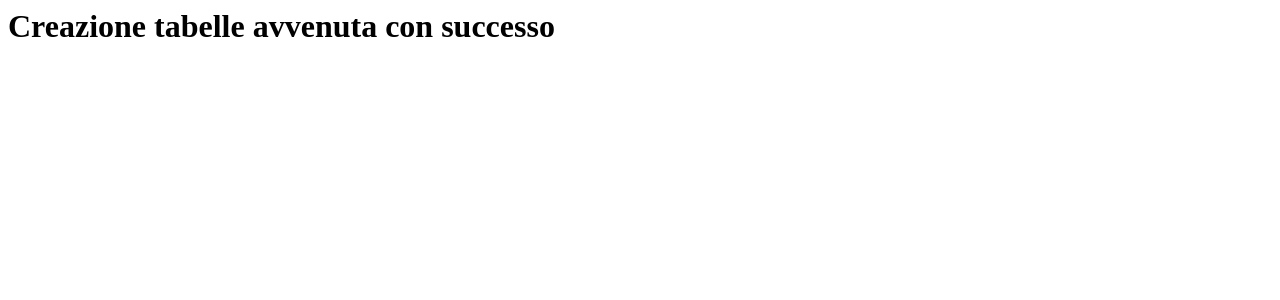
Repository: EmanueleCoradin/IoTMonitoring-CV-19-Patients
Page: http://localhost/init.php
These files come from the project's save history. The page is drawn as it stood at one moment and after the next save; the edit follows.
The browser window is 1280 px wide. The pictures show the whole page.
The page is run by PHP 8.4 with error messages shown; the project is at /var/www/html/.

Above is the page before, as saved 2020-05-11 19:38:13.

### allegati/sitoPHP/php/init.php
<?php
#----------------------------------------------------------------------#
#-------------------INIZIALIZZO CONNESSIONE DATABASE ------------------#
#----------------------------------------------------------------------#

$dbname = "monitoraggioDB";
$username = "root";
$password="";
$host = "localhost";
$conn = new mysqli ($host, $username, $password, $dbname);

if(!$conn){
    print("<h1>Error ".$conn -> errno."</h1>");
    die("Errore di connessione al db: ".$conn -> connect_error);
}

#----------------------------------------------------------------------#
#------------------------- INIZIALIZZO TABELLE ------------------------#
#----------------------------------------------------------------------#

#-------------------------- TABELLA MEDICO ---------------------------#
$sql="
    CREATE TABLE IF NOT EXISTS MEDICO(
        CF varchar(32) not null,
        nome varchar(32) not null,
        cognome varchar(32) not null,
        via tinytext not null,
        numeroCivico int not null,
        citta varchar(32) not null,
        provincia varchar(32) not null,
        regione varchar(32) not null,
        cap varchar(5) not null,
        dataNascita date not null,
        sesso varchar(1) not null,
        email tinytext not null,
        password varchar(32) not null,
        PRIMARY KEY (CF)
    )";
$result = $conn -> query($sql);

if(!$result){
    print("<h1>Error ".$conn -> errno."</h1>");
    die("Errore creazione tabella Medico: ".$conn -> error);
}

#-------------------------- TABELLA STRUTTURA ---------------------------#

$sql="
    CREATE TABLE IF NOT EXISTS STRUTTURA(
        IDstruttura int not null,
        nome varchar(32) not null,
        via tinytext not null,
        numeroCivico int not null,
        citta varchar(32) not null,
        provincia varchar(32) not null,
        regione varchar(32) not null,
        cap varchar(5) not null,
        PRIMARY KEY (IDstruttura)
    )";
$result = $conn -> query($sql);

if(!$result){
    print("<h1>Error ".$conn -> errno."</h1>");
    die("Errore creazione tabella Struttura: ".$conn -> error);
}

#-------------------------- TABELLA PAZIENTE ---------------------------#

$sql="
    CREATE TABLE IF NOT EXISTS PAZIENTE(
        CF varchar(32) not null,
        nome varchar(32) not null,
        cognome varchar(32) not null,
        stato varchar(32),
        via tinytext not null,
        numeroCivico int not null,
        citta varchar(32) not null,
        provincia varchar(32) not null,
        regione varchar(32) not null,
        cap varchar(5) not null,
        dataNascita date not null,
        sesso varchar(1) not null,
        linkTG varchar(32) not null,
        dataTrasferimento date,
        email tinytext not null,
        password varchar(32) not null,
        CFmedico varchar(32) not null,
        IDstruttura int,
        PRIMARY KEY (CF),
        FOREIGN KEY (CFmedico) REFERENCES MEDICO(CF) ON UPDATE CASCADE,
        FOREIGN KEY (IDstruttura) REFERENCES STRUTTURA(IDstruttura) ON UPDATE CASCADE
    )";
$result = $conn -> query($sql);

if(!$result){
    print("<h1>Error ".$conn -> errno."</h1>");
    die("Errore creazione tabella Paziente: ".$conn -> error);
}

#-------------------------- TABELLA MISURAZIONE ---------------------------#

$sql="
    CREATE TABlE IF NOT EXISTS MISURAZIONE(
        IDmisurazione int not null,
        data date not null,
        ora time not null,
        sp02 float,
        fr float,
        fc float,
        pi float,
        IDpaziente varchar(32) not null,
        IDmedico varchar(32) not null,
        PRIMARY KEY (IDmisurazione),
        FOREIGN KEY (IDpaziente) REFERENCES PAZIENTE(CF) ON UPDATE CASCADE,
        FOREIGN KEY (IDmedico) REFERENCES MEDICO(CF)  ON UPDATE CASCADE
    )";
$result = $conn -> query($sql);

if(!$result){
    print("<h1>Error ".$conn -> errno."</h1>");
    die("Errore creazione tabella Misurazione: ".$conn -> error);
}

print("<h1>Creazione tabelle avvenuta con successo</h1>");

$conn -> close();

?>

After the next save:
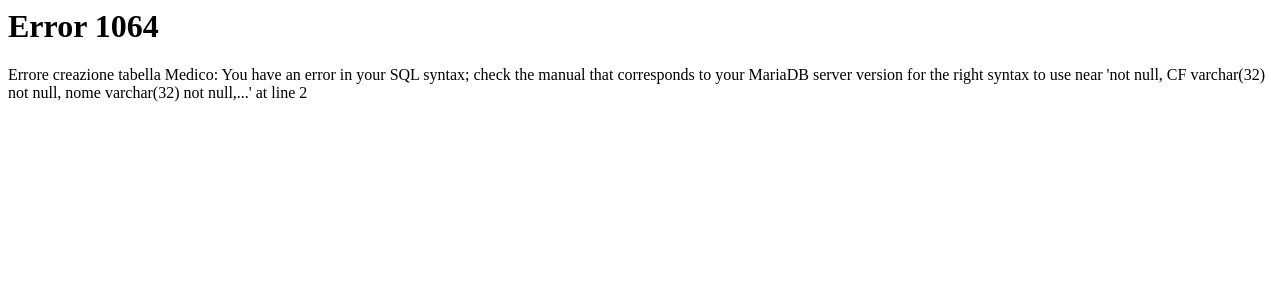
Saved 11 min 12 s later.
--- a/allegati/sitoPHP/php/init.php
+++ b/allegati/sitoPHP/php/init.php
@@ -21,6 +21,7 @@ if(!$conn){
 #-------------------------- TABELLA MEDICO ---------------------------#
 $sql="
     CREATE TABLE IF NOT EXISTS MEDICO(
+        IDmedico int autoincrement not null,
         CF varchar(32) not null,
         nome varchar(32) not null,
         cognome varchar(32) not null,
@@ -47,7 +48,7 @@ if(!$result){
 
 $sql="
     CREATE TABLE IF NOT EXISTS STRUTTURA(
-        IDstruttura int not null,
+        IDstruttura int autoincrement not null,
         nome varchar(32) not null,
         via tinytext not null,
         numeroCivico int not null,
@@ -68,6 +69,7 @@ if(!$result){
 
 $sql="
     CREATE TABLE IF NOT EXISTS PAZIENTE(
+        IDpaziente int autoincrement not null,
         CF varchar(32) not null,
         nome varchar(32) not null,
         cognome varchar(32) not null,
@@ -101,7 +103,7 @@ if(!$result){
 
 $sql="
     CREATE TABlE IF NOT EXISTS MISURAZIONE(
-        IDmisurazione int not null,
+        IDmisurazione int autoincrement not null,
         data date not null,
         ora time not null,
         sp02 float,
